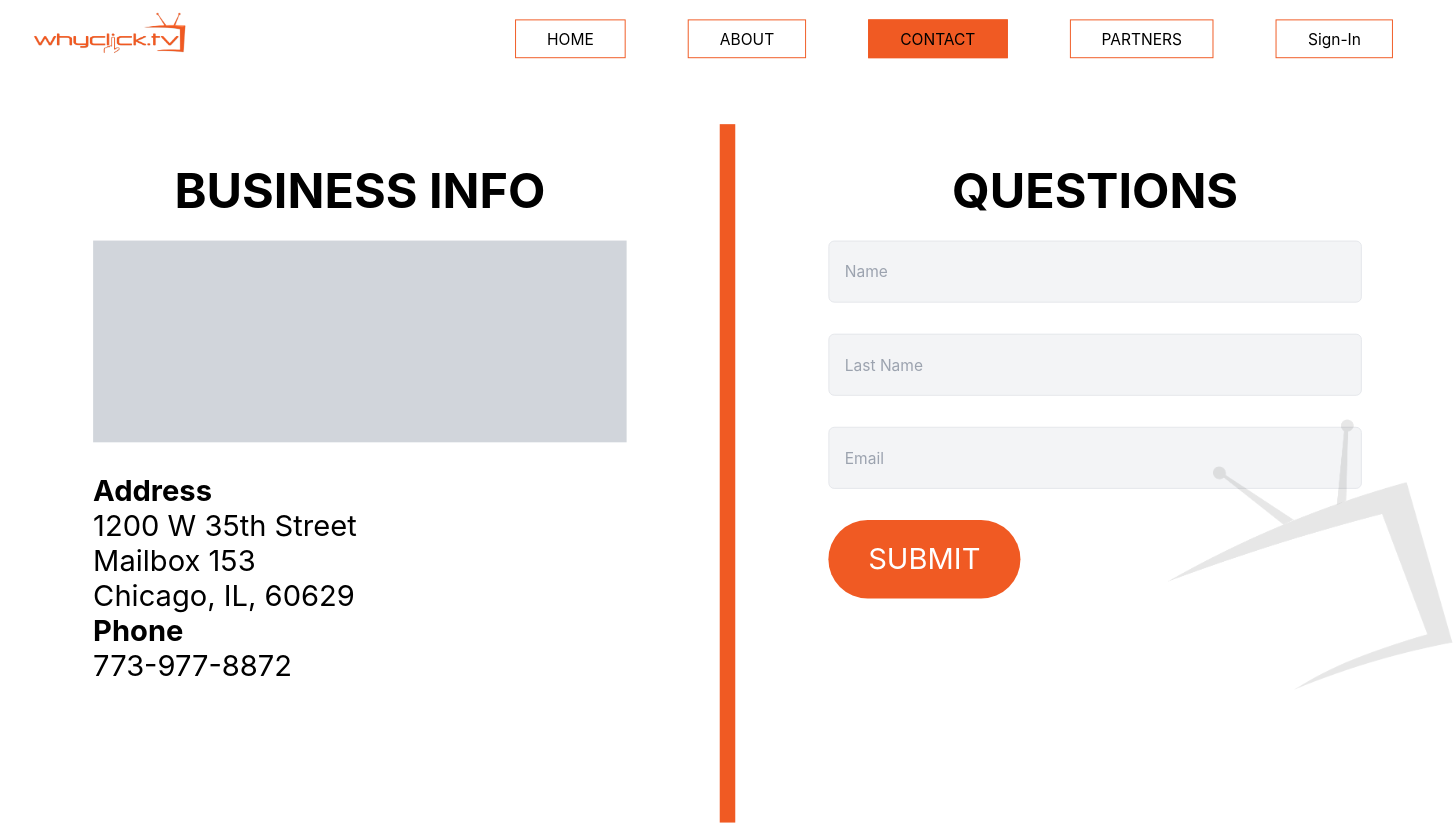
Repository: legenddev1202/whyclicktv
Page: /contact
An editor plug-in stored every save of this project. The page is shown before and after the next save, followed by the edit.
The browser window is 1280 px wide. The page is 1500 px wide, so the pictures cover 1500 px, including what lies to the right of the window. The pictures show the whole page, at 97% of full size.
The project was rebuilt for these pictures with package versions that can differ from the ones it lists, and the page was loaded fresh each time. Also part of the build but not shown: src/App.css, src/pages/home.js, src/pages/about.js, src/pages/partners.js, src/pages/referral.js.

Above is the page before, as saved 2022-04-18 22:27:35.

### public/index.html
<!DOCTYPE html>
<html lang="en">
  <head>
    <meta charset="utf-8" />
    <link rel="icon" href="%PUBLIC_URL%/favicon.ico" />
    <meta name="viewport" content="width=device-width, initial-scale=1" />
    <meta name="theme-color" content="#000000" />
    <meta name="description" content="why-click" />
    <link rel="apple-touch-icon" href="%PUBLIC_URL%/favicon.ico" />
    <!--
      manifest.json provides metadata used when your web app is installed on a
      user's mobile device or desktop. See https://developers.google.com/web/fundamentals/web-app-manifest/
    -->
    <link rel="manifest" href="%PUBLIC_URL%/manifest.json" />
    <!--
      Notice the use of %PUBLIC_URL% in the tags above.
      It will be replaced with the URL of the `public` folder during the build.
      Only files inside the `public` folder can be referenced from the HTML.

      Unlike "/favicon.ico" or "favicon.ico", "%PUBLIC_URL%/favicon.ico" will
      work correctly both with client-side routing and a non-root public URL.
      Learn how to configure a non-root public URL by running `npm run build`.
    -->
    <title>WhyClick.tv</title>
  </head>
  <body>
    <noscript>WhyClick.tv</noscript>
    <div id="root"></div>
    <!--
      This HTML file is a template.
      If you open it directly in the browser, you will see an empty page.

      You can add webfonts, meta tags, or analytics to this file.
      The build step will place the bundled scripts into the <body> tag.

      To begin the development, run `npm start` or `yarn start`.
      To create a production bundle, use `npm run build` or `yarn build`.
    -->
  </body>
</html>

### src/index.css
@tailwind base;
@tailwind components;
@tailwind utilities;

body {
  margin: 0;
  font-family: -apple-system, BlinkMacSystemFont, "Segoe UI", "Roboto", "Oxygen",
    "Ubuntu", "Cantarell", "Fira Sans", "Droid Sans", "Helvetica Neue",
    sans-serif;
  -webkit-font-smoothing: antialiased;
  -moz-osx-font-smoothing: grayscale;
  height: 100%;
  min-width: 1500px;
}

code {
  font-family: source-code-pro, Menlo, Monaco, Consolas, "Courier New",
    monospace;
}

input::placeholder {
  font-size: 50;
}

input::-moz-placeholder {
  font-size: 50;
}

input::-webkit-input-placeholder {
  font-size: 50;
}

### src/App.js
import { Routes, Route, Link } from "react-router-dom";
import "./App.css";
import Home from "./pages/home";
import About from "./pages/about";
import Contact from "./pages/contact";
import Partners from "./pages/partners";
import Referral from "./pages/referral";

function App() {
  return (
    <Routes>
      <Route path="/" element={<Home />} />
      <Route path="about" element={<About />} />
      <Route path="contact" element={<Contact />} />
      <Route path="partners" element={<Partners />} />
      <Route path="referrel" element={<Referral />} />
    </Routes>
  );
}

export default App;

### src/pages/contact.js
import React, { useState } from "react";
import { Routes, Route, Link } from "react-router-dom";
import axios from "axios";

function Contact() {
  const [values, setValues] = useState({
    name: "",
    lastName: "",
    email: "",
  });
  const onSubmit = async () => {
    console.log(values);
    var form = {
      email: "info@whyclick.tv",
      // email: 'ocean.kurakin@gmail.com',
      subject: `Received a message from ${values.email}`,
      emailBody: `
        <p> Name: ${values.name} ${values.lastName}</p>
      `,
    };

    const response = await axios.post(
      "https://us-central1-insurancewebapptest.cloudfunctions.net/sendMailOverHTTP_whyClick",
      form
    );
    console.log(response.data);
    if (response.data.includes("Error")) {
      console.log(true);
    } else {
      console.log(true);
    }
  };
  return (
    <div className="relative h-full w-full" style={{ height: "100vh" }}>
      <div className="bg-transparent w-full h-20 flex items-center px-8 justify-between z-20 absolute">
        <div className="h-20">
          <img
            className="logo-icon h-full"
            src="assets/images/logos/logo.svg"
            alt="logo"
          />
        </div>
        <div className="bg-transparent">
          <button
            className="h-10 px-8 mx-8 border"
            style={{ borderColor: "#F05A23", backgroundColor: "white" }}
          >
            <Link to="/">HOME</Link>
          </button>
          <button
            className="h-10 px-8 mx-8 border"
            style={{ borderColor: "#F05A23", backgroundColor: "white" }}
          >
            <Link to="/about">ABOUT</Link>
          </button>
          <button
            className="h-10 px-8 mx-8 border"
            style={{ borderColor: "#F05A23", backgroundColor: "#F05A23" }}
          >
            <Link to="/contact">CONTACT</Link>
          </button>
          <button
            className="h-10 px-8 mx-8 border"
            style={{ borderColor: "#F05A23" }}
          >
            <Link to="/partners">PARTNERS</Link>
          </button>
          <button
            className="h-10 px-8 mx-8 border"
            style={{ borderColor: "#F05A23" }}
          >
            <Link to="/signin">Sign-In</Link>
          </button>
        </div>
      </div>

      <div className="w-full h-full mt-20 absolute p-12 flex">
        <div className="w-1/2 p-12 h-full pr-24 flex flex-col items-center">
          <div className="text-4xl font-bold" style={{ fontSize: 50 }}>
            BUSINESS INFO
          </div>
          <div
            className="w-full h-72 bg-gray-300 mt-8"
            style={{ height: 334 }}
          ></div>
          <div className="mt-8 self-start">
            <div
              className="text-xl font-bold"
              style={{ fontSize: 30, lineHeight: 1.2 }}
            >
              Address
            </div>
            <div className="text-xl" style={{ fontSize: 30, lineHeight: 1.2 }}>
              1200 W 35th Street
            </div>
            <div className="text-xl" style={{ fontSize: 30, lineHeight: 1.2 }}>
              Mailbox 153
            </div>
            <div className="text-xl" style={{ fontSize: 30, lineHeight: 1.2 }}>
              Chicago, IL, 60629
            </div>
            <div
              className="text-xl font-bold"
              style={{ fontSize: 30, lineHeight: 1.2 }}
            >
              Phone
            </div>
            <div className="text-xl" style={{ fontSize: 30, lineHeight: 1.2 }}>
              773-977-8872
            </div>
          </div>
        </div>
        <div
          className="w-4 h-5/6 z-10"
          style={{ backgroundColor: "#F05A23", height: "100vh" }}
        ></div>
        <div className="w-1/2 p-12 pl-24 flex flex-col items-center">
          <div className="text-4xl font-bold" style={{ fontSize: 50 }}>
            QUESTIONS
          </div>
          <div className="w-full mt-8">
            <input
              className="w-full rounded-md h-16 border px-4 bg-gray-100"
              placeholder="Name"
              onChange={(e) => setValues({ ...values, name: e.target.value })}
            ></input>
            <div className="w-full mt-8">
              <input
                className="w-full rounded-md h-16 border px-4 bg-gray-100"
                placeholder="Last Name"
                onChange={(e) =>
                  setValues({ ...values, lastName: e.target.value })
                }
              ></input>
            </div>

            <div className="w-full mt-8">
              <input
                className="w-full rounded-md h-16 border px-4 bg-gray-100"
                placeholder="Email"
                onChange={(e) =>
                  setValues({ ...values, email: e.target.value })
                }
              ></input>
            </div>
          </div>
          <div className="self-start mt-8">
            <button
              className=" rounded-full"
              style={{
                backgroundColor: "#F05A23",
                width: 198,
                height: 81,
                color: "white",
                fontSize: 30,
              }}
              onClick={onSubmit}
            >
              SUBMIT
            </button>
          </div>
        </div>
      </div>
      <img
        className="logo-icon h-72 absolute bottom-0 right-0"
        src="assets/images/logos/tv-logo.png"
        alt="logo"
      />
    </div>
  );
}

export default Contact;

Loaded but not shown: src/index.js (common file); src/reportWebVitals.js (common file); tailwind.config.js (common file)

After the next save:
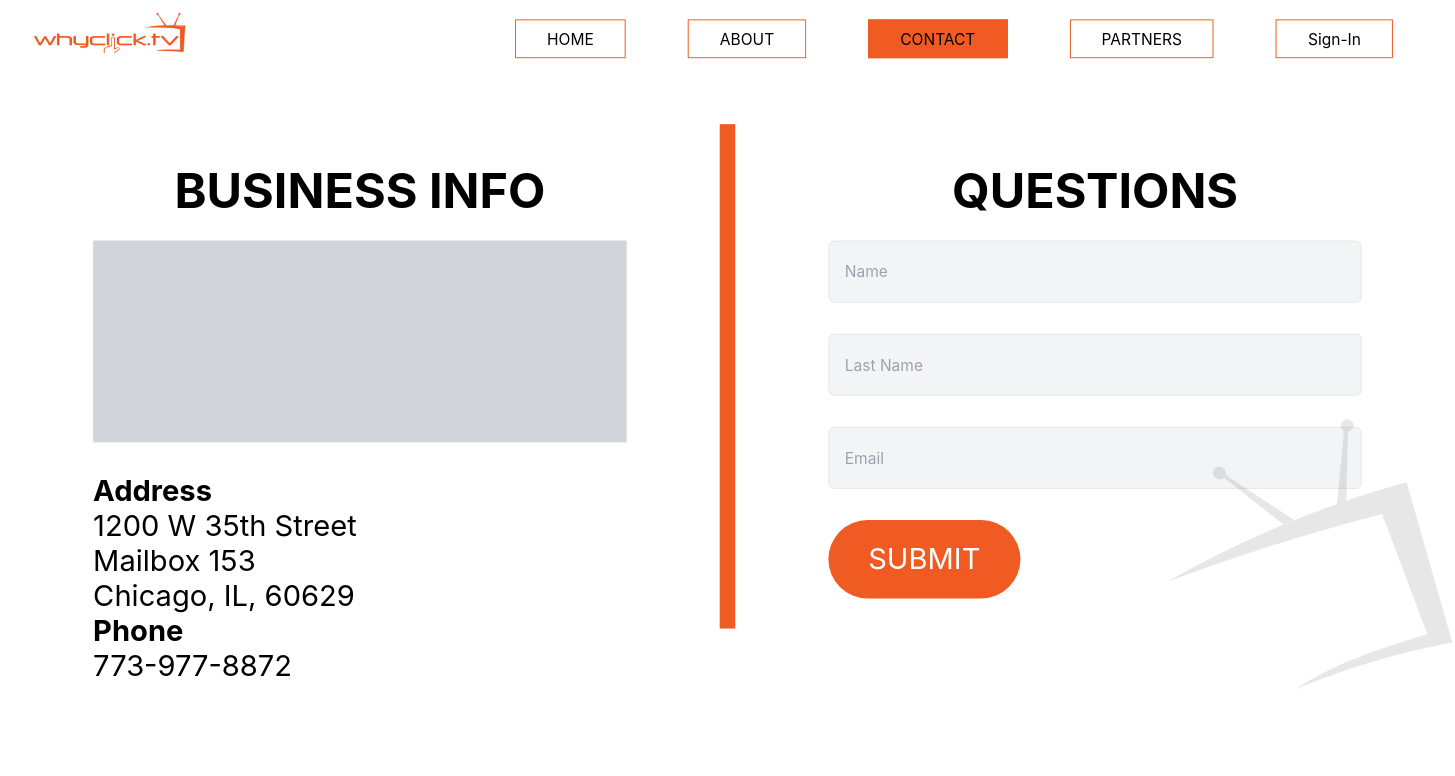
Saved 13 s later.
--- a/src/pages/contact.js
+++ b/src/pages/contact.js
@@ -112,7 +112,7 @@ function Contact() {
         </div>
         <div
           className="w-4 h-5/6 z-10"
-          style={{ backgroundColor: "#F05A23", height: "100vh" }}
+          style={{ backgroundColor: "#F05A23" }}
         ></div>
         <div className="w-1/2 p-12 pl-24 flex flex-col items-center">
           <div className="text-4xl font-bold" style={{ fontSize: 50 }}>
